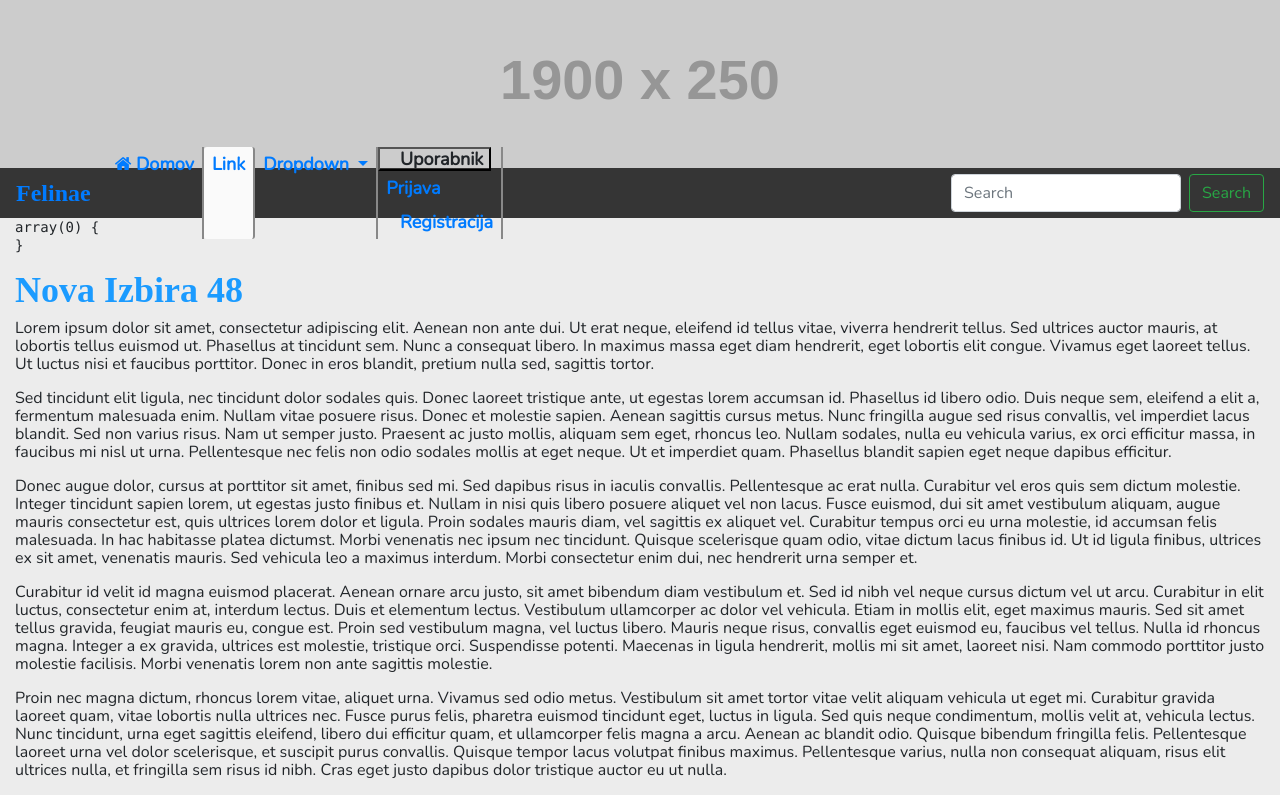
Repository: UrbyK/Felinae
Page: http://localhost/index.php?page=home
These files come from the project's save history. The page is drawn as it stood at one moment and after the next save; the edit follows.
The browser window is 1280 px wide. The pictures show the whole page.
Some web fonts or font styles are not loaded; a fallback is used. The page is run by PHP 8.4 with error messages shown; the project is at /var/www/html/.

Above is the page before, as saved 2020-08-12 11:29:08.

After the next save:
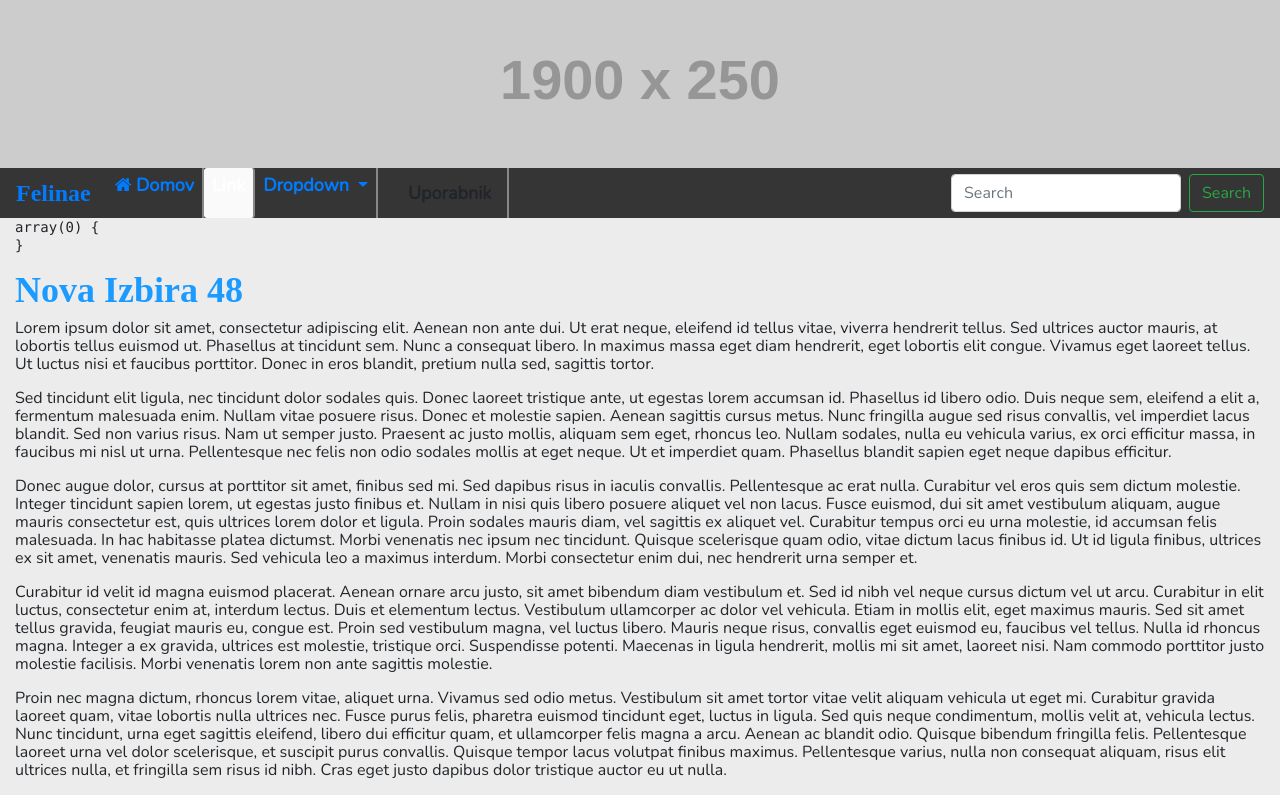
Saved 48 s later.
--- a/css/style.css
+++ b/css/style.css
@@ -76,10 +76,114 @@ h6{
     border-right: 2px solid #888;
 }
 
+
 .navbar .dropdown .dropbtn{
     background-color: inherit;
     color: inherit;
     font: inherit;
+}
+
+/* to override the existing css for "a" tag */
+.navbar .active a {
+    color: #fff;
+}
+
+#navbarToggler ul li {
+    border-right: 1px solid #eee;
+}
+
+#navbarToggler ul li:last-child {
+    border-right: none;
+}
+
+/* shoping cart icon */
+.link-icons {
+    display: flex;
+    flex-grow: 1;
+    flex-basis: 0;
+    justify-content: flex-end;
+    align-items: center;
+    position: relative;
+    max-width: 50px;
+}
+.link-icons a {
+    text-decoration: none;
+    color: #63748e;
+    padding: 0 10px;
+}
+.link-icons a:hover {
+    color: #8e97a5;
+}
+.link-icons a i {
+    font-size: 18px;
+}
+.link-icons a span {
+    display: inline-block;
+    text-align: center;
+    background-color: #63748e;
+    border-radius: 50%;
+    color: #FFFFFF;
+    font-size: 12px;
+    line-height: 16px;
+    width: 16px;
+    height: 16px;
+    font-weight: bold;
+    position: absolute;
+    top: 22px;
+    right: 0;
+}
+
+/* HOVER DROPDOWN */
+.dropbtn {
+    color: inherit;
+    padding: 16px;
+    font-size: 16px;
+    border: none;
+}
+
+.dropbtn:hover {
+    color: inherit;
+}
+
+/* The container <div> - needed to position the dropdown content */
+.dropdown {
+    position: relative;
+    display: inline-block;
+}
+
+/* Dropdown Content (Hidden by Default) */
+.dropdown-content {
+    display: none;
+    position: absolute;
+    background-color: #757575;
+    min-width: 160px;
+    box-shadow: 0px 8px 16px 0px rgba(0,0,0,0.2);
+    z-index: 1;
+}
+
+/* Links inside the dropdown */
+.dropdown-content a {
+    color: #fff;
+    padding: 12px 16px;
+    text-decoration: none;
+    display: block;
+}
+
+/* Change color of dropdown links on hover */
+.dropdown-content a:hover {
+    background-color: #009900;
+    color: #111;
+}
+
+/* Show the dropdown menu on hover */
+.dropdown:hover .dropdown-content {
+    display: block;
+}
+
+/* Change the background color of the dropdown button when the dropdown content is shown */
+.dropdown:hover .dropbtn {
+    background-color: #1b9bff;
+    color: #fff;
 }
 
 
